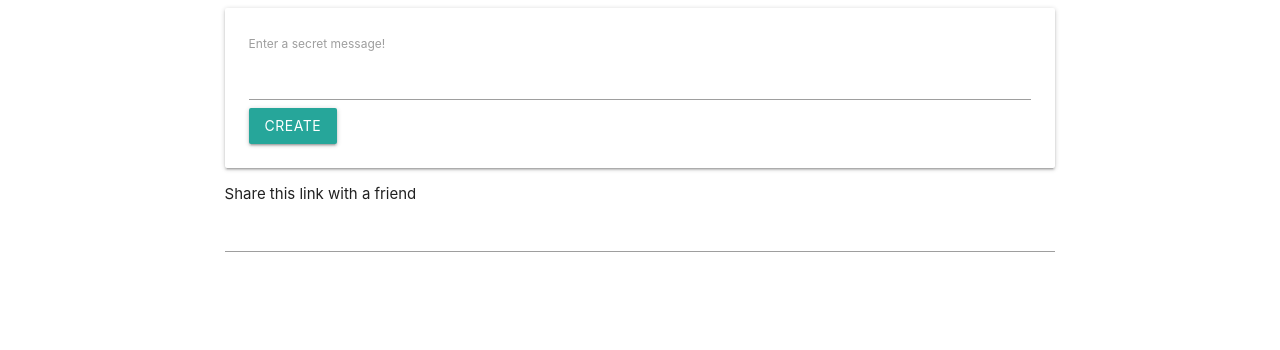
Repository: Sbethm/secret-message-sharing-app
Page: index.html
The author's editor kept a copy of each file at every save. The page is drawn from the files as they stood at one save, then again after the next save.
The browser window is 1280 px wide. The pictures show the whole page.

Above is the page before, as saved 2021-10-13 15:09:20.

### index.html
<!DOCTYPE html>
<html lang="en">
<head>
    <meta charset="UTF-8">
    <meta http-equiv="X-UA-Compatible" content="IE=edge">
    <meta name="viewport" content="width=device-width, initial-scale=1.0">
    <link rel="stylesheet" href="https://cdnjs.cloudflare.com/ajax/libs/materialize/1.0.0/css/materialize.min.css">
    <title>Secret Message Sharing App with Friends!</title>
</head>
<body>
    <div class="row">
        <div class="col s8 offset-s2">
            <div class="card-panel">
                <form>
                    <label for="">Enter a secret message!</label>
                    <input class='message-input'/>
                    <button class="btn">Create</button>
                </form>
            </div>
            <div class="">
                Share this link with a friend
                <input id="link-input" type="text" />
            </div>
        </div>
    </div>
    <script src="apps.js"></script>
</body>
</html>

### apps.js
document.querySelector('form').addEventListener('submit', event => {
    event.preventDefault();

    const input = document.querySelector('.message-input');
    const encrypted = btoa(input.value);


    const message = document.querySelector('#link-input');
    message.value = `${window.location}#${encrypted}`;
})

After the next save:
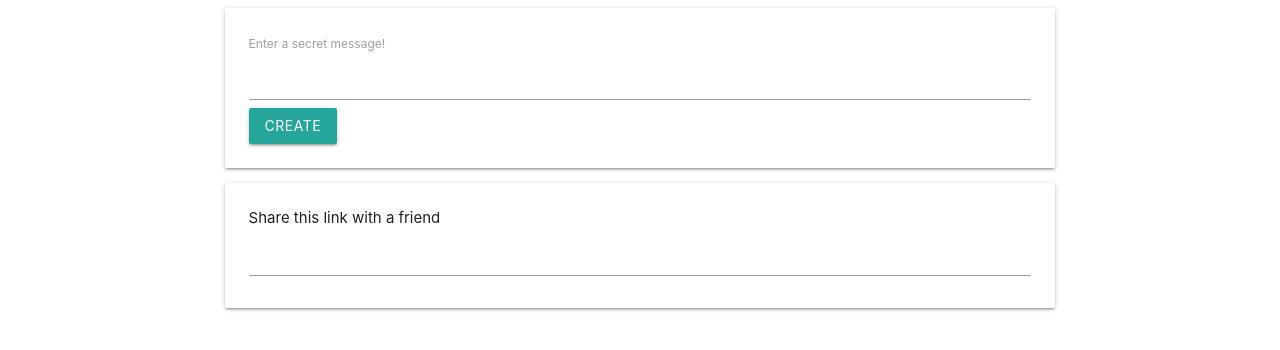
Saved 5 s later.
--- a/index.html
+++ b/index.html
@@ -17,7 +17,7 @@
                     <button class="btn">Create</button>
                 </form>
             </div>
-            <div class="">
+            <div class="card-panel ">
                 Share this link with a friend
                 <input id="link-input" type="text" />
             </div>
